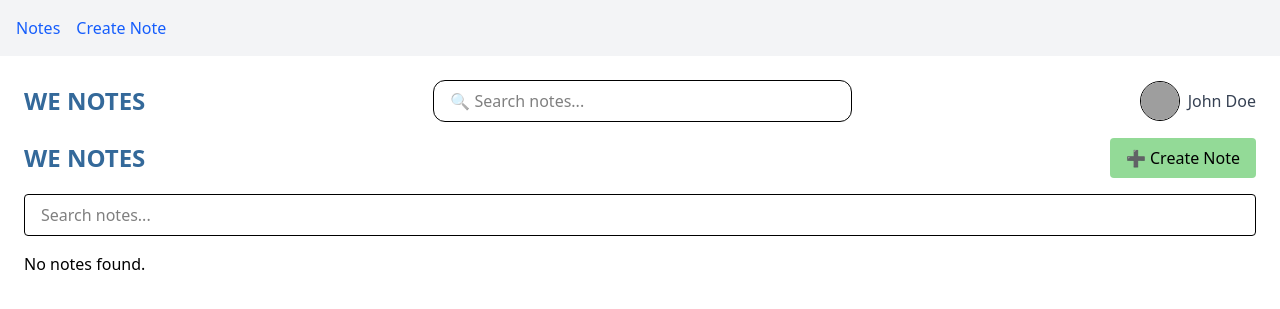
Repository: pin-seavmuy/NoteApplication
Page: / (app in note-vue/)
An editor plug-in stored every save of this project. The page is shown before and after a run of saves, followed by the edit.
The browser window is 1280 px wide. The pictures show the whole page.
Pictures or frames that could not be fetched are drawn as grey boxes. The page's requests for data from a server got no answer. The project was rebuilt for these pictures with package versions that can differ from the ones it lists, and the page was loaded fresh each time. No one was signed in, and anything a server would have sent is missing. Also part of the build but not shown: note-vue/vite.config.ts, note-vue/src/components/NoteWrapper.vue, note-vue/src/views/CreateNote.vue, note-vue/src/views/NoteDetail.vue, note-vue/src/views/UpdateNote.vue.

Above is the page before, as saved 2025-09-16 11:14:27.

### note-vue/src/main.ts
// import { createApp } from 'vue'
// import './style.css'
// import App from './App.vue'

// createApp(App).mount('#app')


import { createApp } from 'vue'
import App from './App.vue'
import router from './router'
import './style.css'

const app = createApp(App)
app.use(router)
app.mount('#app')

### note-vue/src/App.vue
<script setup lang="ts">
  import HelloWorld from './components/HelloWorld.vue'
  import NotesList from '../components/NotesList.vue'
</script>

<!-- <template>
  <div>
    <HelloWorld msg="Vite + Vue" />
    <NotesList />
  </div>
</template> -->

<template>
  <div>
    <nav class="p-4 bg-gray-100 flex space-x-4">
      <router-link to="/" class="text-blue-600 hover:underline">Notes</router-link>
      <router-link to="/create" class="text-blue-600 hover:underline">Create Note</router-link>
    </nav>

    <router-view />
  </div>
</template>

<style scoped>
</style>

### note-vue/src/router/index.ts
import { createRouter, createWebHistory } from 'vue-router'

import NotesList from '../views/NotesList.vue'
import CreateNote from '../views/CreateNote.vue'
import NoteDetail from '../views/NoteDetail.vue'
import UpdateNote from '../views/UpdateNote.vue'

const routes = [
  {
    path: '/',
    name: 'NotesList',
    component: NotesList,
  },
  {
    path: '/create',
    name: 'CreateNote',
    component: CreateNote,
  },
  {
    path: '/notes/:id',
    name: 'NoteDetail',
    component: NoteDetail,
    props: true,
  },
    {
    path: '/notes/:id/edit',
    name: 'UpdateNote',
    component: UpdateNote,
    props: true
    }
]

const router = createRouter({
  history: createWebHistory(),
  routes,
})

export default router

### note-vue/src/views/NotesList.vue
<template>
  <div class="p-6">
    <div class="flex items-center justify-between mb-4 space-x-72">
      <h1 class="text-2xl font-bold " style="color: #34699A;">WE NOTES</h1>

      <input
        v-model="search"
        type="text"
        placeholder="🔍 Search notes..."
        class="px-4 py-2 border rounded-xl flex-grow"
      />

      <div class="flex items-center space-x-2 flex-shrink-0">
        <img
          src="https://ui-avatars.com/api/?name=User"
          alt="User Avatar"
          class="w-10 h-10 rounded-full border"
        />
        <span class="text-gray-700 font-medium">John Doe</span>
      </div>
    </div>

    <div class="flex items-center justify-between mb-4">

      <router-link to="/" class="text-2xl font-bold flex-shrink-0 hover:underline" style="color: #34699A;">WE NOTES</router-link>
      <router-link
        to="/create"
        class="text-base px-4 py-2 rounded text-black hover:brightness-90"
        style="background-color: #93DA97;"
      >
        ➕  Create Note
      </router-link>
    </div>



    <input
      v-model="search"
      type="text"
      placeholder="Search notes..."
      class="px-4 py-2 border rounded w-full mb-4"
    />

    <div v-if="loading">Loading...</div>
    <div v-else-if="filteredNotes.length === 0">No notes found.</div>

    <div
      v-else
      class="grid gap-4 grid-cols-1 sm:grid-cols-2 lg:grid-cols-3 xl:grid-cols-4"
    >
      <NoteWrapper
        v-for="note in filteredNotes"
        :key="note.id"
        :note="note"
      />
    </div>
  </div>
</template>

<script setup lang="ts">
import { ref, computed, onMounted } from 'vue'
import api from '../api/axios'
import NoteWrapper from '../components/NoteWrapper.vue'

interface Note {
  id: number
  title: string
  content: string | null
  createdAt: string
  updatedAt?: string | null
}

const notes = ref<Note[]>([])
const loading = ref(false)
const search = ref('')

async function fetchNotes() {
  loading.value = true
  try {
    const res = await api.get('/Notes')
    notes.value = res.data as Note[]
  } catch (error) {
    console.error('Error fetching notes:', error)
  } finally {
    loading.value = false
  }
}

const filteredNotes = computed(() =>
  notes.value.filter(note =>
    note.title.toLowerCase().includes(search.value.toLowerCase())
  )
)

onMounted(fetchNotes)
</script>

### note-vue/src/api/axios.ts
import axios from 'axios'

const api = axios.create({
  baseURL: 'http://localhost:5258/api',
})

export default api;

Loaded but not shown: note-vue/index.html (common file); note-vue/src/style.css (common file)

After the next 2 saves:
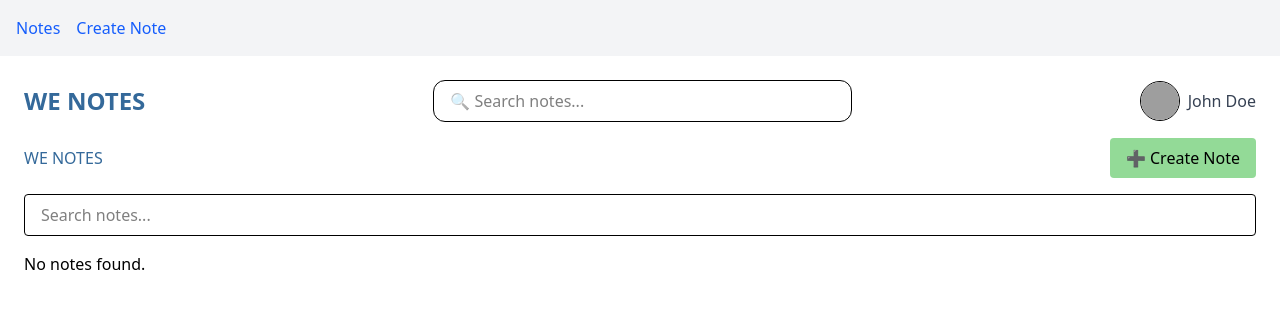
The 2 saves are shown as one change because they came seconds apart.
The last was saved 11 s later.
--- a/note-vue/src/views/NotesList.vue
+++ b/note-vue/src/views/NotesList.vue
@@ -22,7 +22,7 @@
 
     <div class="flex items-center justify-between mb-4">
 
-      <router-link to="/" class="text-2xl font-bold flex-shrink-0 hover:underline" style="color: #34699A;">WE NOTES</router-link>
+      <router-link to="/" class="flex-shrink-0 hover:underline" style="color: #34699A;">WE NOTES</router-link>
       <router-link
         to="/create"
         class="text-base px-4 py-2 rounded text-black hover:brightness-90"

After the 5 saves that followed:
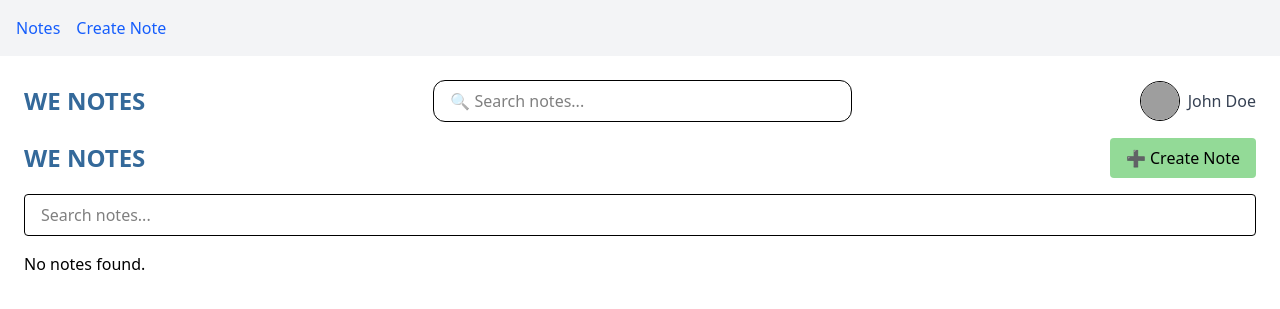
The 5 saves are shown as one change because 1 left the picture as it was and some came seconds apart.
The last was saved 15 s later.
--- a/note-vue/src/views/NotesList.vue
+++ b/note-vue/src/views/NotesList.vue
@@ -22,7 +22,7 @@
 
     <div class="flex items-center justify-between mb-4">
 
-      <router-link to="/" class="flex-shrink-0 hover:underline" style="color: #34699A;">WE NOTES</router-link>
+      <router-link to="/" class="text-2xl font-bold flex-shrink-0 hover:underline" style="color: #34699A;">WE NOTES</router-link>
       <router-link
         to="/create"
         class="text-base px-4 py-2 rounded text-black hover:brightness-90"
